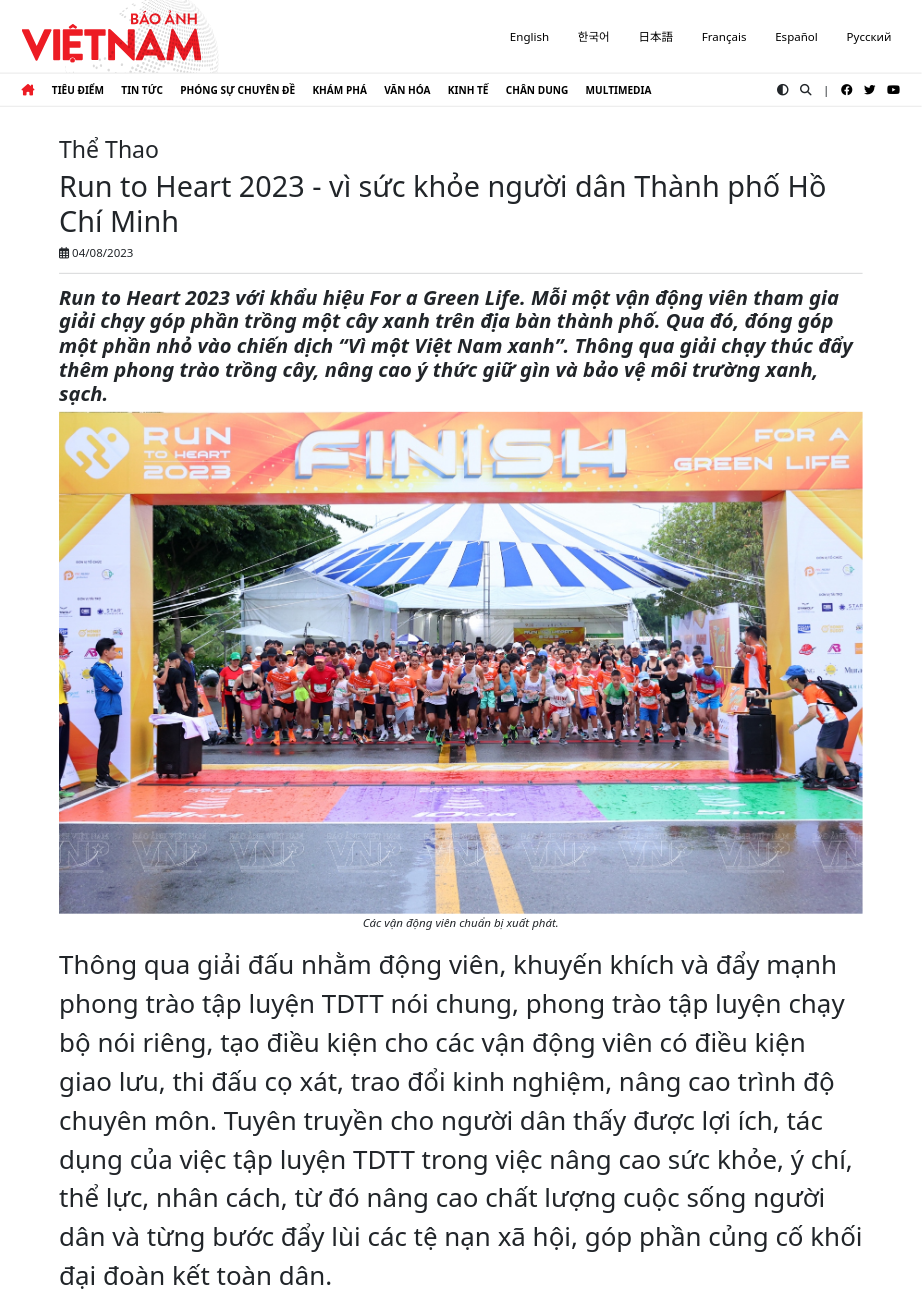
Repository: kietdotshp/webtintuc
Page: Detail.html
The author's editor kept a copy of each file at every save. The page is drawn from the files as they stood at one save, then again after a run of saves.
The browser window is 1280 px wide. The pictures show the whole page, at 72% of full size.
Some web libraries are served in a nearby version.

Above is the page before, as saved 2023-08-10 16:23:09.

### Detail.html
<!DOCTYPE html>
<html lang="en">

<head>
    <title></title>
    <meta charset="UTF-8">
    <meta name="viewport" content="width=device-width, initial-scale=1">
    <link href="assets/css/detail.css" rel="stylesheet">
    <link href="https://cdn.jsdelivr.net/npm/bootstrap@5.3.1/dist/css/bootstrap.min.css" rel="stylesheet"
        integrity="sha384-4bw+/aepP/YC94hEpVNVgiZdgIC5+VKNBQNGCHeKRQN+PtmoHDEXuppvnDJzQIu9" crossorigin="anonymous">
    <link href="https://cdn.jsdelivr.net/npm/bootstrap@5.3.1/dist/css/bootstrap.min.css" rel="stylesheet"
        integrity="sha384-4bw+/aepP/YC94hEpVNVgiZdgIC5+VKNBQNGCHeKRQN+PtmoHDEXuppvnDJzQIu9" crossorigin="anonymous" />
    <script src="https://cdn.jsdelivr.net/npm/bootstrap@5.3.1/dist/js/bootstrap.bundle.min.js"></script>
    <script src="https://kit.fontawesome.com/a076d05399.js"></script>
    <link rel="stylesheet" href="https://cdnjs.cloudflare.com/ajax/libs/font-awesome/6.4.2/css/all.min.css"
        integrity="sha512-z3gLpd7yknf1YoNbCzqRKc4qyor8gaKU1qmn+CShxbuBusANI9QpRohGBreCFkKxLhei6S9CQXFEbbKuqLg0DA=="
        crossorigin="anonymous" referrerpolicy="no-referrer" />

    <link rel="stylesheet" href="https://cdnjs.cloudflare.com/ajax/libs/font-awesome/4.7.0/css/font-awesome.min.css" />
</head>

<header>
    <div class="container-custom">
        <section class="d-flex align-items-center justify-content-between">
            <!-- Web logo -->
            <figure class="web-logo">
                <img src="./assets/images/logo-vi.svg" alt="Logo" class="img-contain" />
            </figure>

            <div class="d-none d-lg-flex align-items-center gap-3">
                <a href="javascript:void(0)" class="choose-lang">English</a>
                <a href="javascript:void(0)" class="choose-lang">한국어</a>
                <a href="javascript:void(0)" class="choose-lang">日本語</a>
                <a href="javascript:void(0)" class="choose-lang">Français</a>
                <a href="javascript:void(0)" class="choose-lang">Español</a>
                <a href="javascript:void(0)" class="choose-lang">Русский</a>
            </div>

            <a class="mobile-menu d-lg-none" href="javascript:void(0)">
                <i class="fa-solid fa-bars-staggered fs-2"></i>
            </a>
        </section>
    </div>

    <div class="line-seperate-horizontal"></div>

    <div class="container-custom">
        <section class="d-flex align-items-center justify-content-between py-3 py-lg-0">
            <div class="d-flex align-items-center gap-4 gap-xxl-5">
                <a href="javascript:void(0)">
                    <i class="fa-solid fa-house-chimney color-primary"></i>
                </a>

                <div class="d-none d-lg-flex align-items-center gap-4 gap-xxl-5">
                    <a href="javascript:void(0)" class="menu-item">Tiêu điểm</a>
                    <a href="javascript:void(0)" class="menu-item">Tin tức</a>
                    <a href="javascript:void(0)" class="menu-item">Phóng sự chuyên đề</a>
                    <a href="javascript:void(0)" class="menu-item">Khám phá</a>
                    <a href="javascript:void(0)" class="menu-item">Văn hóa</a>
                    <a href="javascript:void(0)" class="menu-item">Kinh tế</a>
                    <a href="javascript:void(0)" class="menu-item">Chân dung</a>
                    <a href="javascript:void(0)" class="menu-item">Multimedia</a>
                </div>
            </div>

            <div class="d-flex align-items-center gap-3">
                <div class="d-flex align-items-center gap-3">
                    <div class="cursor-pointer">
                        <i class="fa-solid fa-circle-half-stroke"></i>
                    </div>
                    <div class="cursor-pointer">
                        <i class="fa-solid fa-magnifying-glass"></i>
                    </div>
                </div>

                <div class="d-lg-none d-xl-block">|</div>

                <div class="d-lg-none d-xl-flex align-items-center gap-3">
                    <a href="javascript:void(0)">
                        <i class="fa-brands fa-facebook-f"></i>
                    </a>
                    <a href="javascript:void(0)">
                        <i class="fa-brands fa-twitter"></i>
                    </a>
                    <a href="javascript:void(0)">
                        <i class="fa-brands fa-youtube"></i>
                    </a>
                </div>
            </div>
        </section>
    </div>
</header>
<div class="line-seperate-horizontal"></div>

<body>
    <div class="container">
        <div class="detailmenu">
            <h2>
                <link href="#" target="kiểu mở liên kết">Thể Thao</link>
            </h2>
            <h1>Run to Heart 2023 - vì sức khỏe người dân Thành phố Hồ Chí Minh</h1>
            <div class="timeline">
                <time>
                    <i class="fa-regular fa-calendar"></i>
                    04/08/2023
                </time>
            </div>
            <hr />
        </div>
        <div>
            <h3>
                <span class="title">Run to Heart 2023 với khẩu hiệu For a Green Life.
                    Mỗi một vận động viên tham gia giải chạy góp phần trồng một cây xanh trên địa bàn thành phố.
                    Qua đó, đóng góp một phần nhỏ vào chiến dịch “Vì một Việt Nam xanh”. Thông qua giải chạy thúc đẩy
                    thêm phong trào trồng cây, nâng cao ý thức giữ gìn và bảo vệ môi trường xanh, sạch.
                </span>
            </h3>
            <img src="assets/images/detail1.jpg">
            <p style="color:darkbluel;text-align:center;font-style:italic;">Các vận động viên chuẩn bị xuất phát.
            </p>
            <div class="content1">Thông qua giải đấu nhằm động viên, khuyến khích và đẩy mạnh phong trào tập luyện TDTT nói chung, phong trào tập luyện chạy bộ nói riêng, tạo điều kiện cho các vận động viên có điều kiện giao lưu, thi đấu cọ xát, trao đổi kinh nghiệm, nâng cao trình độ chuyên môn.

                Tuyên truyền cho người dân thấy được lợi ích, tác dụng của việc tập luyện TDTT trong việc nâng cao sức khỏe, ý chí, thể lực, nhân cách, từ đó nâng cao chất lượng cuộc sống người dân và từng bước đẩy lùi các tệ nạn xã hội, góp phần củng cố khối đại đoàn kết toàn dân.
            </div>
        </div>

    </div>
</body>

</html>

### assets/css/detail.css
:root {
    --main-color: #333;
    --main-red-color: #ed1c24;
    --main-white-color: #fff;
    --main-blue-color-1: #b8dcf3;
    --main-blue-color-2: #467491;
    --main-grey-color-1: #666;
    --main-grey-color-2: #888;
    --main-grey-color-3: #f0f0f0;
    --main-border-color: #e0e0e0;
  }

  /* Common */
  .body {
    display: flex;
    flex-direction: column;
    min-height: 100vh;
    font-size: 16px;
    color: var(--main-color);
    font-family: 'Roboto-Regular', sans-serif;
  }

  .img-cover {
    width: 100%;
    height: 100%;
    object-fit: cover;
  }

  .img-contain {
    width: 100%;
    height: 100%;
    object-fit: contain;
  }

  img {
    max-width: 100%;
    max-height: 100%;
  }

  a {
    text-decoration: none !important;
    color: initial !important;
  }

  .color-primary {
    color: var(--main-red-color);
  }

  .cursor-pointer {
    cursor: pointer;
  }

  .container-custom {
    max-width: 1400px;
    padding-inline: 15px;
    margin: 0 auto;

    @media (min-width: 768px) {
      padding-inline: 30px;
    }
  }

  .text-line-clamp-2 {
    display: -webkit-box;
    -webkit-line-clamp: 2;
    -webkit-box-orient: vertical;
    overflow: hidden;
  }

  .text-line-clamp-3 {
    display: -webkit-box;
    -webkit-line-clamp: 3;
    -webkit-box-orient: vertical;
    overflow: hidden;
  }

  .image-padding-top {
    position: relative;
    padding-top: 56.25%;
  }

  /* Header css */
  .web-logo {
    position: relative;
    padding-block: 14px;
    margin-bottom: 0;
    width: 150px;

    @media (min-width: 992px) {
      width: 250px;
    }
  }

  .web-logo::after {
    content: '';
    background: url('../images/earth-digital.svg') no-repeat;
    width: 100%;
    height: 100%;
    opacity: 0.2;
    position: absolute;
    right: -60px;
    top: 0;
  }

  .choose-lang {
    border-radius: 9999px;
    padding: 6px 12px;
  }

  .choose-lang:hover {
    background-color: var(--main-border-color);
  }

  .line-seperate-horizontal {
    width: 100%;
    height: 1px;
    background-color: #e0e0e0;
  }

  .line-seperate-vertical {
    width: 1px;
    height: 100%;
    background-color: #e0e0e0;
    margin: 0 auto;
  }

  .menu-item {
    text-transform: uppercase;
    font-weight: 700;
    font-size: 14px;
    position: relative;
    padding-block: 12px;
    white-space: nowrap;
  }

  .menu-item::before {
    content: '';
    position: absolute;
    top: -1px;
    left: 50%;
    right: 50%;
    transform: translate(-50%, 0);
    width: 0;
    height: 2px;
    background: var(--main-red-color);
    transition: all 0.2s linear;
  }

  .menu-item:hover:before {
    width: 100%;
  }

  /* Carousel */
  .carousel-item {
    position: absolute !important;
    top: 0;
    left: 0;
    width: 100%;
    height: 100%;
  }

  .carousel-control-next,
  .carousel-control-prev {
    width: 10% !important;
  }

  .carousel-control-prev,
  .carousel-control-next {
    opacity: 0 !important;
  }

  .carousel:hover .carousel-control-prev,
  .carousel:hover .carousel-control-next {
    transition: all 0.3s linear;
    opacity: 1 !important;
  }

  /* Main */
  .content {
    border: 1px solid var(--main-border-color);
    padding: 20px;
  }

  .content-spacing {
    margin-block: 40px;
  }

  .content-title {
    display: inline-block;
    color: var(--main-red-color);
    line-height: 26px;
    font-size: 26px;
    font-weight: 600;
    margin-bottom: 20px;
  }

  .article-title {
    font-size: 22px;
    font-weight: 600;
  }

  .article-title.sub {
    font-size: 16px;
  }

  .article-category {
    text-transform: uppercase;
    font-size: 12px;
    color: var(--main-grey-color-2);
  }

  .content-ul-list {
    padding-left: 20px;
    margin-bottom: 0;
    max-height: 480px;
    overflow: auto;
  }

  .content-ul-list li::marker {
    color: var(--main-red-color);
  }

  /* Spacing */
  .mb-10px {
    margin-bottom: 10px;
  }

  .max-w-40px {
    max-width: 40px !important;
  }
  .h2{
    color: var(--main-red-color);
  }
  .detailmenu{
    margin-top: 40px;
  }
  .title{
    font-weight: 700;
    font-style:italic;
  }
  .content1{
    font-size: 2.25rem;
    line-height: 1.5;
    margin: 20px auto;
  }

After the next 2 saves:
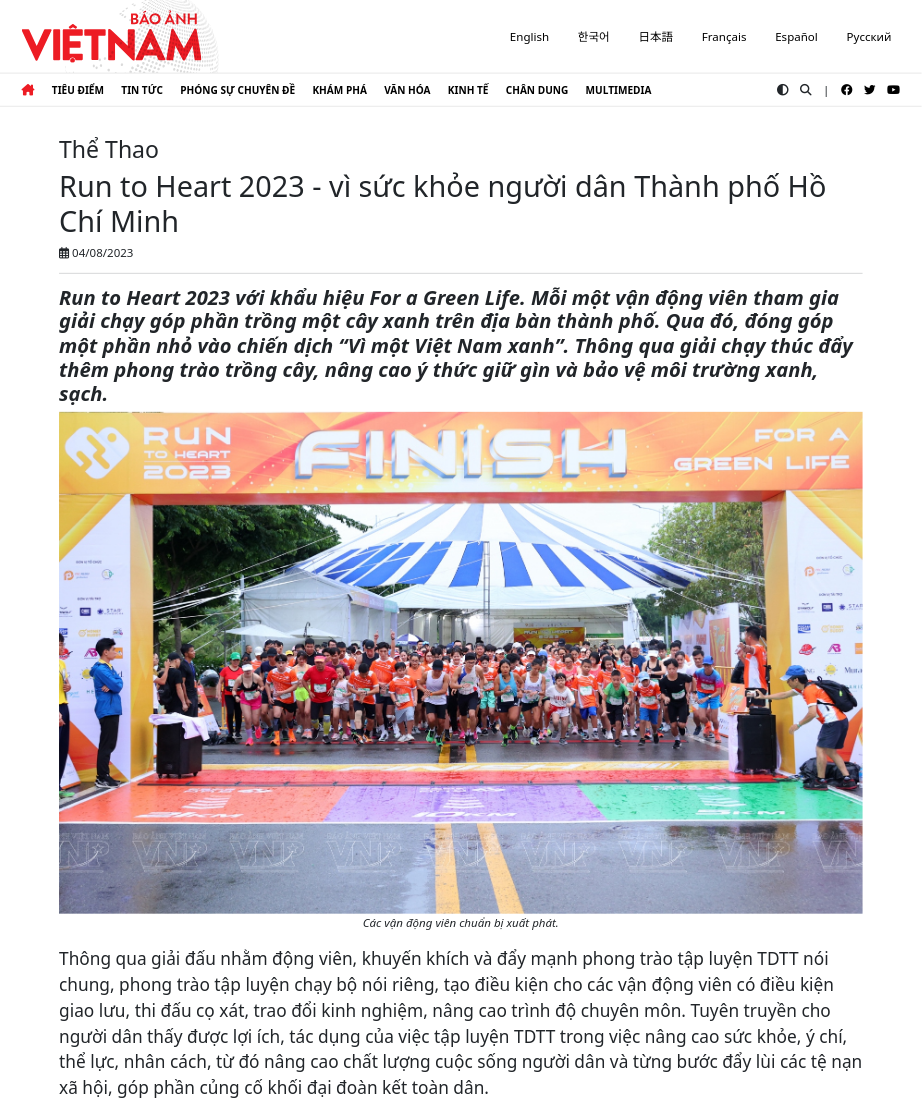
The 2 saves are shown as one change because they came seconds apart.
The last was saved 13 s later.
--- a/assets/css/detail.css
+++ b/assets/css/detail.css
@@ -239,7 +239,7 @@
     font-style:italic;
   }
   .content1{
-    font-size: 2.25rem;
+    font-size: 1.5rem;
     line-height: 1.5;
     margin: 20px auto;
   }
